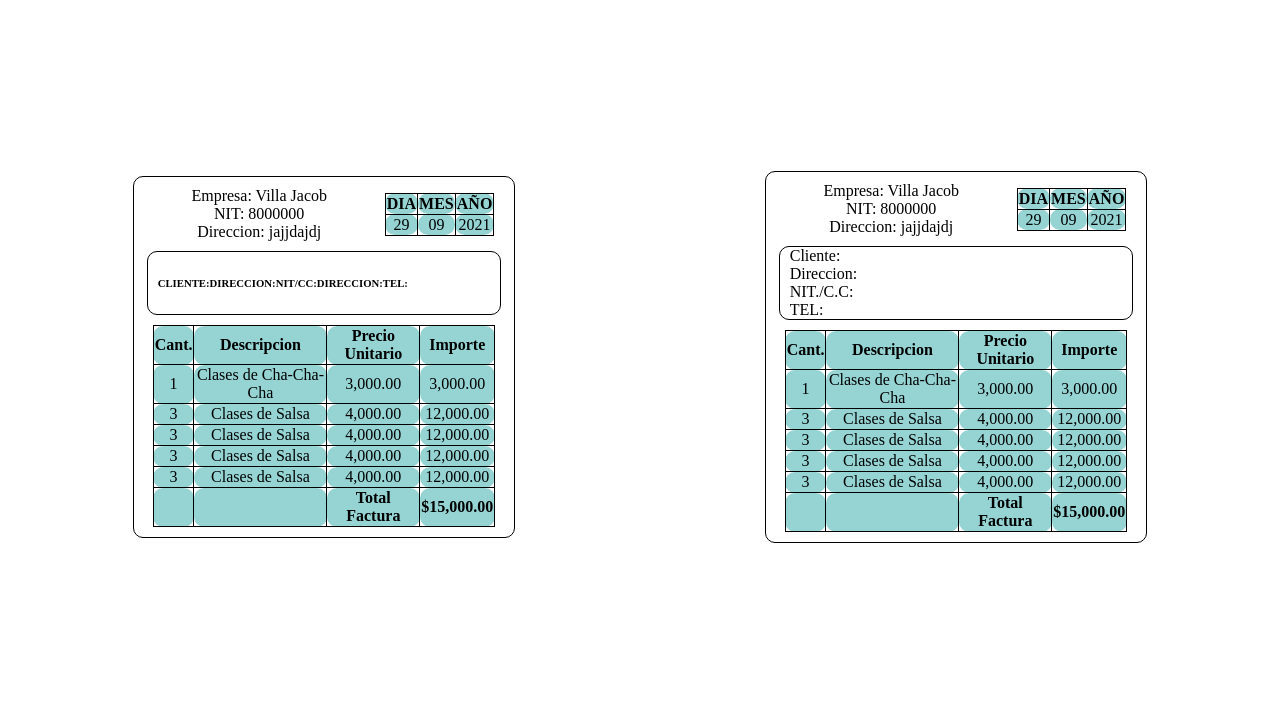
Repository: MrVanQish/FacturaEstructura
Page: index.html
These files come from the project's save history. The page is drawn as it stood at one moment and after a run of saves; the edit follows.
The browser window is 1280 px wide. The pictures show the whole page.

Above is the page before, as saved 2021-09-29 11:59:25.

After the next 2 saves:
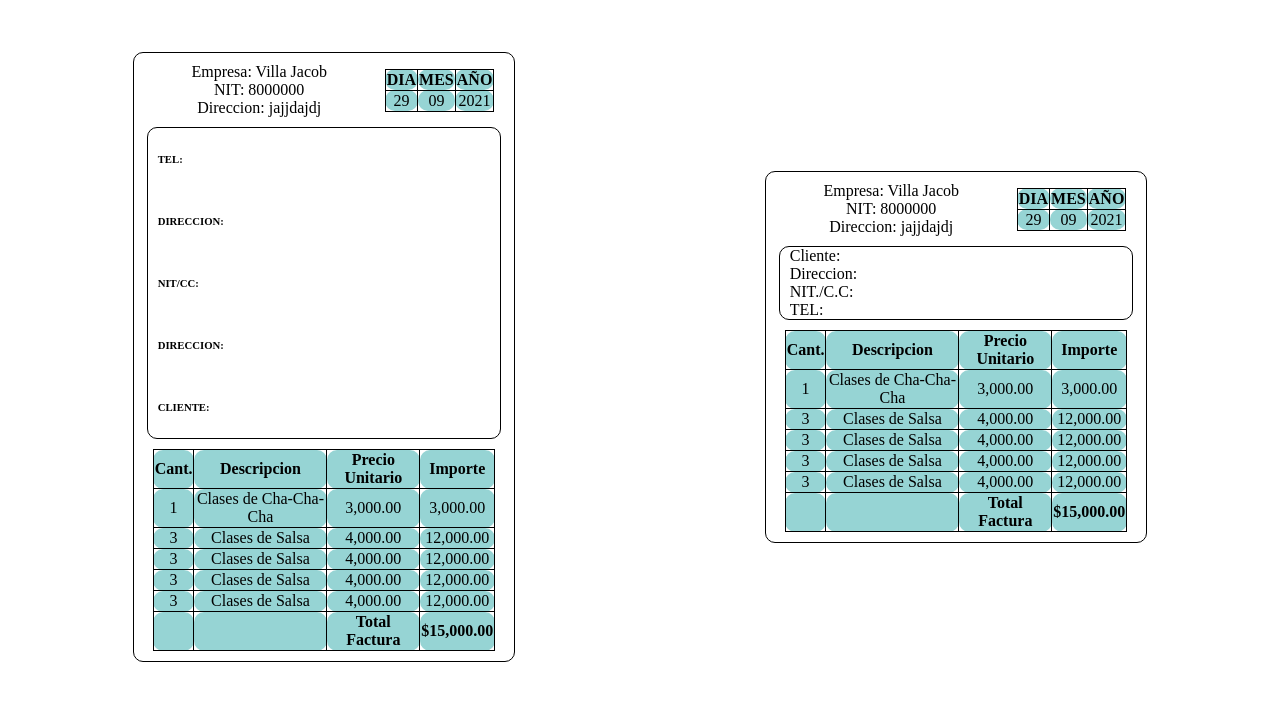
The 2 saves are shown as one change because they came seconds apart.
The last was saved 5 s later.
--- a/styles.css
+++ b/styles.css
@@ -85,7 +85,7 @@ th, td {
     width: 90%;
     margin-bottom: 10px;
     display: flex;
-    flex-direction: row;
+    flex-direction: column-reverse;
 
 }
 

After the 2 saves that followed:
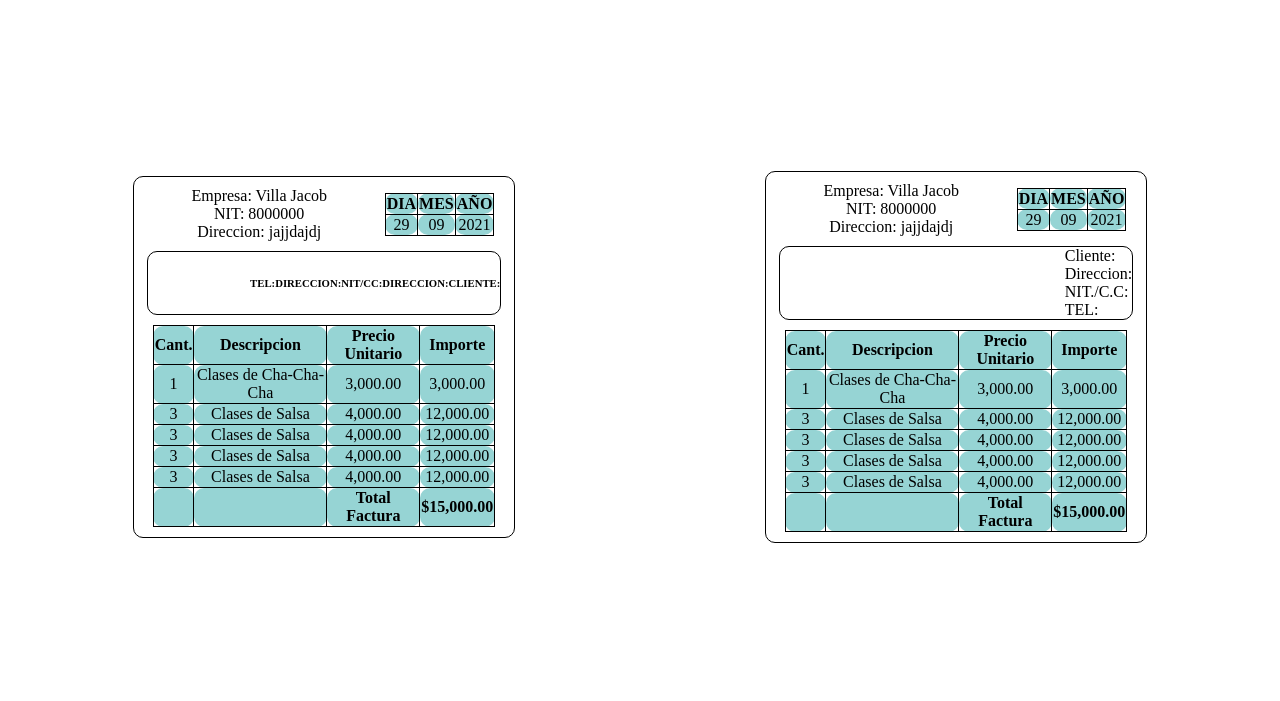
The 2 saves are shown as one change because they came seconds apart.
The last was saved 7 s later.
--- a/styles.css
+++ b/styles.css
@@ -85,7 +85,7 @@ th, td {
     width: 90%;
     margin-bottom: 10px;
     display: flex;
-    flex-direction: column-reverse;
+    flex-direction: row-reverse;
 
 }
 
